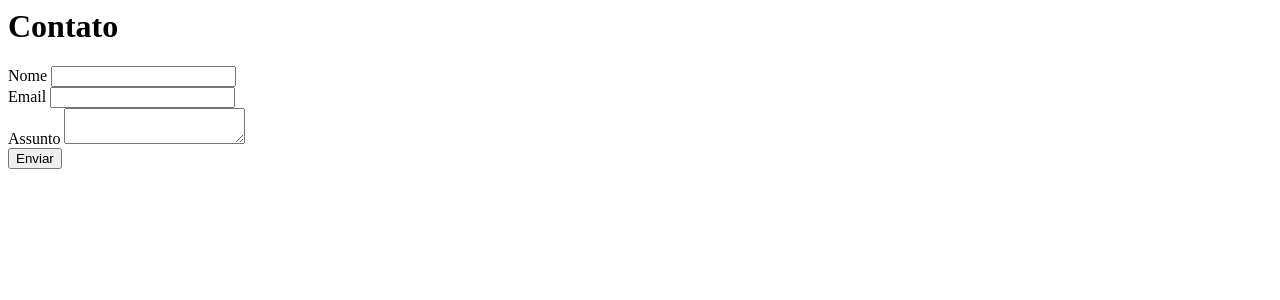
Repository: BrunoCesarAngst/poo
Page: aula04/views/form.html
These files come from the project's save history. The page is drawn as it stood at one moment and after the next save; the edit follows.
The browser window is 1280 px wide. The pictures show the whole page.

Above is the page before, as saved 2020-08-22 19:26:10.

After the next save:
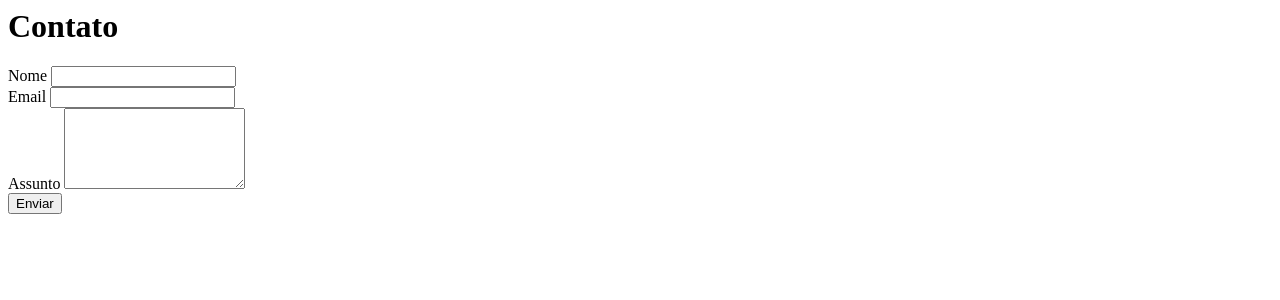
Saved 3 s later.
--- a/aula04/views/form.html
+++ b/aula04/views/form.html
@@ -13,7 +13,7 @@
 
   <div class="form-group">
     <label for="">Assunto</label>
-    <textarea id="assunto" type="text" rows="" class="form-control"></textarea>
+    <textarea id="assunto" type="text" rows="5" class="form-control"></textarea>
   </div>
 
   <button class="btn btn-primary btn-success"type="submit">Enviar</button>
